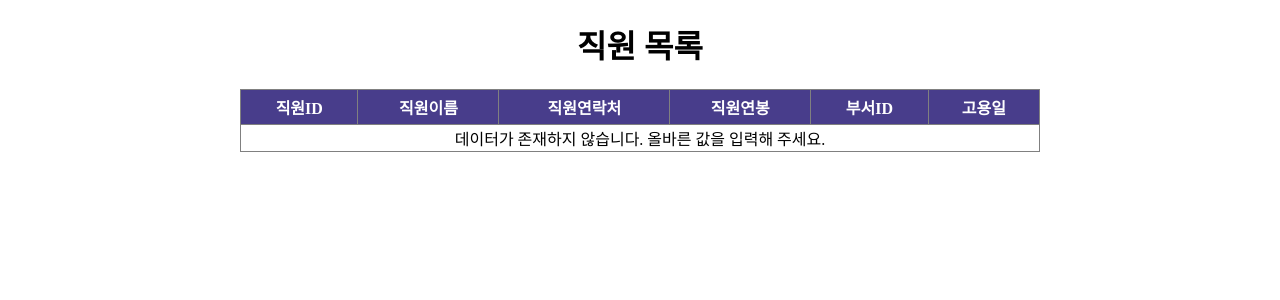
Repository: jongmin0919/soldesk_project
Page: http://localhost/chapter16_search/searchOne.jsp
These files come from the project's save history. The page is drawn as it stood at one moment and after the next save; the edit follows.
The browser window is 1280 px wide. The pictures show the whole page.
The page is served by Tomcat 9. Other server files are loaded and not shown. The template is opened directly, without the code that normally fills it, so the values that code supplies are empty.

Above is the page before, as saved 2024-08-15 10:56:35.

### searching_project/chapter16_search/WebContent/searchOne.jsp
<%@page import="org.joonzis.vo.EmployeeVO"%>
<%@page import="java.util.List"%>
<%@ page language="java" contentType="text/html; charset=UTF-8"
    pageEncoding="UTF-8"%>
<%@ taglib prefix="c" uri="http://java.sun.com/jsp/jstl/core" %>

<!DOCTYPE html>
<html>
<head>
<meta charset="UTF-8">
<title>Employee List</title>
<style type="text/css">
    div {
        width: 800px;
        text-align: center;
        margin: auto;
    }
    table {
        width: 100%;
        border-collapse: collapse;
    }
    th, td {
        border: 1px solid gray;
    }
    th {
        padding: 5px;
        background-color: darkslateblue;
        color: white;
    }
</style>
</head>
<body>
    <div>
    	<!-- 동적으로 전달 받은 한 명의 개인 정보를 출력하는 페이지 -->
        <h1>${person.first_name} ${person.last_name} 직원 목록</h1>

        <table>
            <thead>
                <tr>
                    <th>직원ID</th>
                    <th>직원이름</th>
                    <th>직원연락처</th>
                    <th>직원연봉</th>
                    <th>부서ID</th>
                    <th>고용일</th>
                </tr>
            </thead>
            <!-- 전달받은 request의 속성 값(person)이 비어있지 않은 경우 각 값들을 순차적으로 꺼내어 표시 -->
            <!-- 전달받은 request의 속성 값(person)이 비어있는 경우 데이터가 존재하지 않음을 표시 -->
            <tbody>
                <c:choose>
                    <c:when test="${person != null}">
                        <tr>
                            <td>${person.employee_id}</td>
                            <td>${person.first_name} ${person.last_name}</td>
                            <td>${person.phone_number}</td>
                            <td>${person.salary}</td>
                            <td>${person.department_id}</td>
                            <td>${person.hire_date}</td>
                        </tr>
                    </c:when>
                    <c:otherwise>
                        <tr>
                            <td colspan="6">데이터가 존재하지 않습니다. 올바른 값을 입력해 주세요.</td>
                        </tr>
                    </c:otherwise>
                </c:choose>
            </tbody>
        </table>

    </div>
</body>
</html>

After the next save:
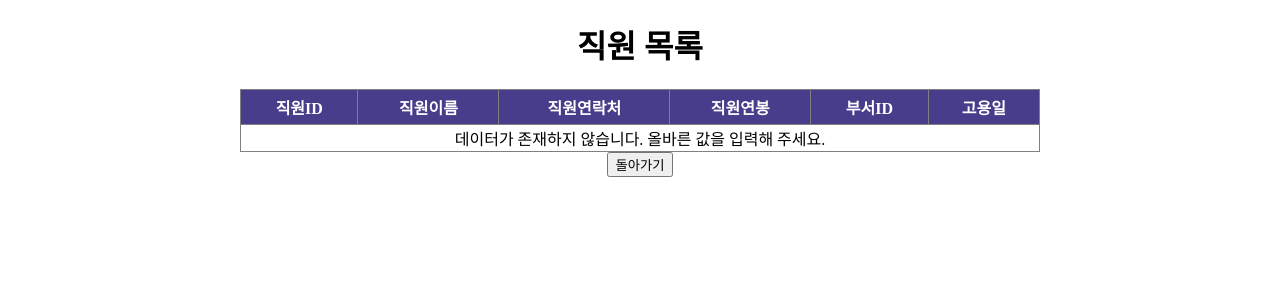
Saved 2 s later.
--- a/searching_project/chapter16_search/WebContent/searchOne.jsp
+++ b/searching_project/chapter16_search/WebContent/searchOne.jsp
@@ -67,6 +67,7 @@
                 </c:choose>
             </tbody>
         </table>
+        <button>돌아가기</button>
 
     </div>
 </body>
